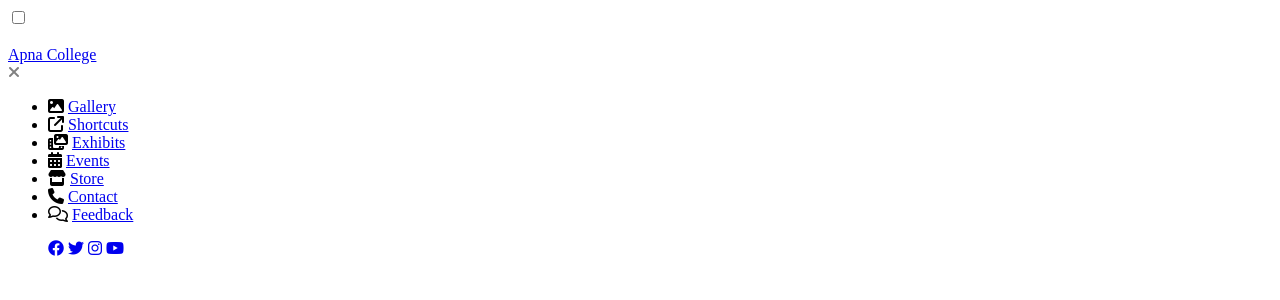
Repository: sristigupta04/basic-js-project
Page: mini project/id.html
These files come from the project's save history. The page is drawn as it stood at one moment and after the next save; the edit follows.
The browser window is 1280 px wide. The pictures show the whole page.

Above is the page before, as saved 2025-10-28 23:28:06.

After the next save:
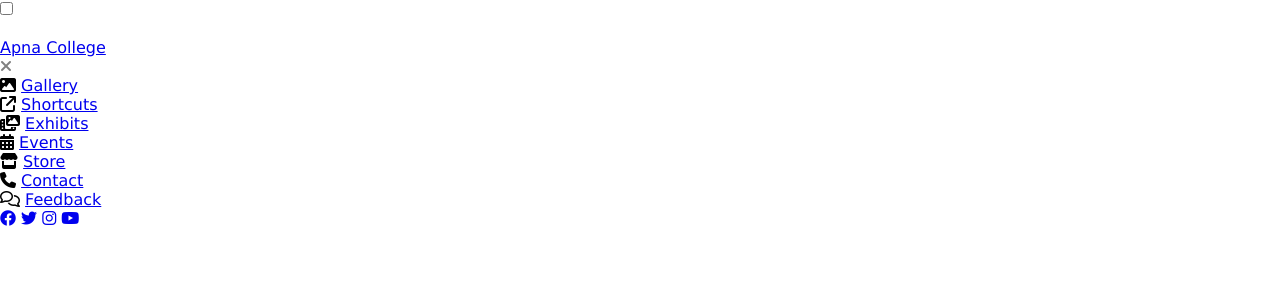
Saved 21 s later.
--- a/mini project/id.html
+++ b/mini project/id.html
@@ -15,6 +15,7 @@
       rel="stylesheet"
       href="https://cdnjs.cloudflare.com/ajax/libs/font-awesome/6.4.0/css/all.min.css"
     />
+    <link rel="stylesheet" href="id.css" />
   </head>
   <body>
     <div class="main_box">
